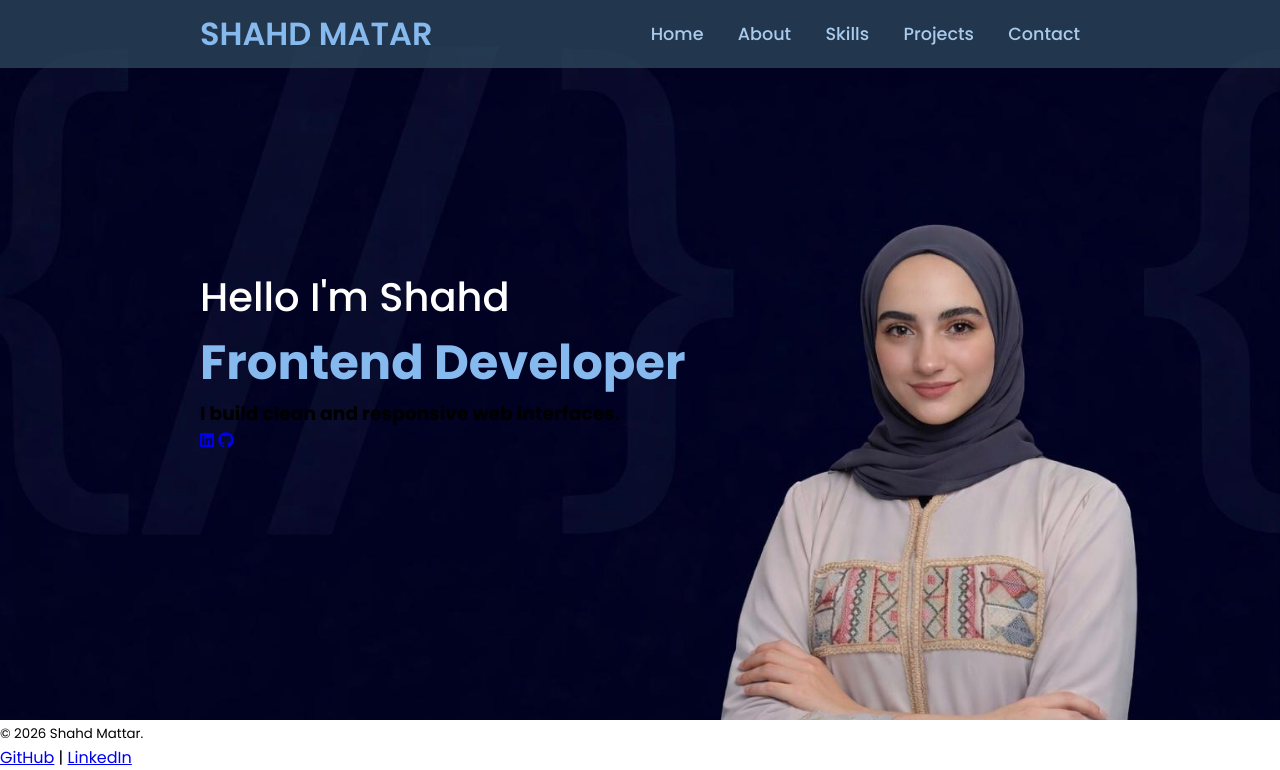
Repository: shahdmattar/personal-landing-page
Page: index.html
These files come from the project's save history. The page is drawn as it stood at one moment and after a run of saves; the edit follows.
The browser window is 1280 px wide. The pictures show the whole page.
Backgrounds fixed to the window are drawn as part of the page.

Above is the page before, as saved 2026-04-15 11:42:28.

After the next 2 saves:
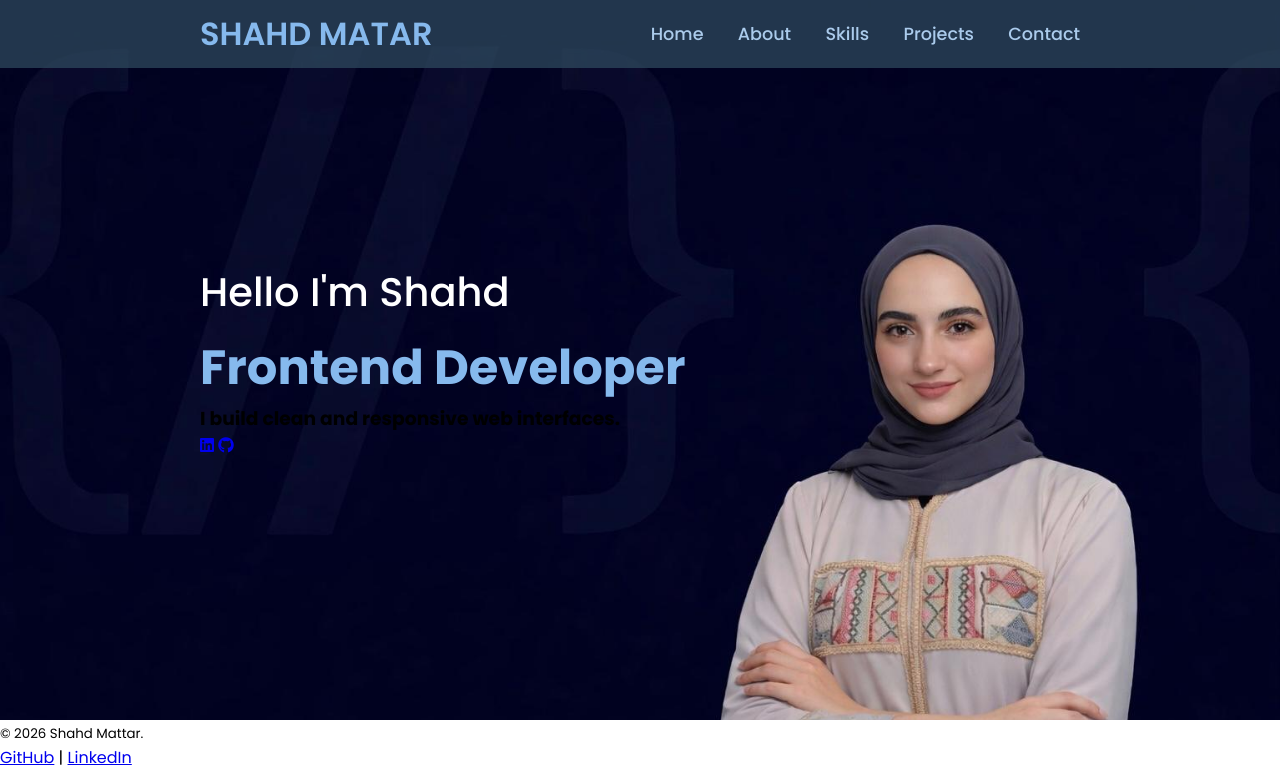
The 2 saves are shown as one change because they came seconds apart.
The last was saved 6 s later.
--- a/style.css
+++ b/style.css
@@ -63,7 +63,7 @@ section{
 }
 
 .main h2 span{
-  displey:inline-block;
+  display:inline-block;
   margin-top: 10px;
   color:#86b9ed;
   font-size:3rem;
